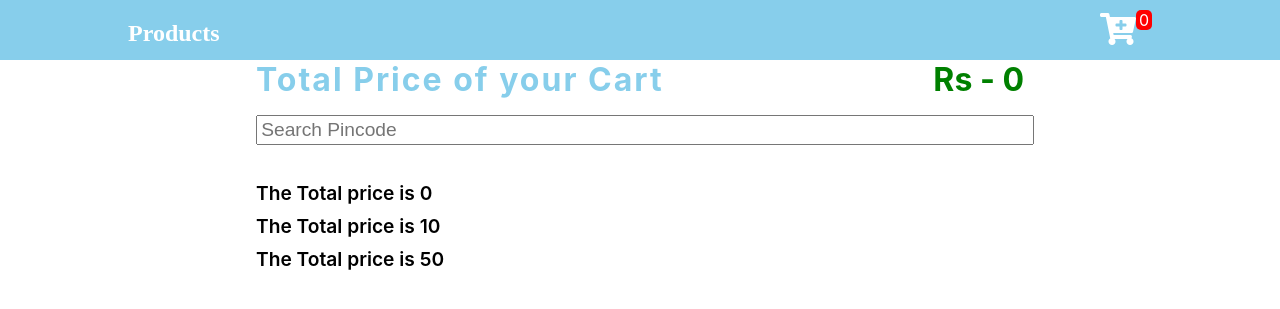
Repository: Imprasna/react-ecommerce
Page: /, after clicking the first element matching `div.cart`
The author's editor kept a copy of each file at every save. The page is drawn from the files as they stood at one save, then again after the next save.
The browser window is 1280 px wide. The pictures show the whole page.
Some web libraries are served in a nearby version. The project was rebuilt for these pictures with package versions that can differ from the ones it lists, and the page was loaded fresh each time.

Above is the page before, as saved 2022-06-14 21:27:04.

### public/index.html
<!DOCTYPE html>
<html lang="en">
  <head>
    <meta charset="utf-8" />
    <link rel="icon" href="%PUBLIC_URL%/favicon.ico" />
    <meta name="viewport" content="width=device-width, initial-scale=1" />
    <meta name="theme-color" content="#000000" />
    <meta
      name="description"
      content="Web site created using create-react-app"
    />
    <link
    rel="stylesheet"
    href="https://pro.fontawesome.com/releases/v5.10.0/css/all.css"
    integrity="sha384-AYmEC3Yw5cVb3ZcuHtOA93w35dYTsvhLPVnYs9eStHfGJvOvKxVfELGroGkvsg+p"
    crossorigin="anonymous"
  />
    <link rel="apple-touch-icon" href="%PUBLIC_URL%/logo192.png" />
    <!--
      manifest.json provides metadata used when your web app is installed on a
      user's mobile device or desktop. See https://developers.google.com/web/fundamentals/web-app-manifest/
    -->
    <link rel="manifest" href="%PUBLIC_URL%/manifest.json" />
    <!--
      Notice the use of %PUBLIC_URL% in the tags above.
      It will be replaced with the URL of the `public` folder during the build.
      Only files inside the `public` folder can be referenced from the HTML.

      Unlike "/favicon.ico" or "favicon.ico", "%PUBLIC_URL%/favicon.ico" will
      work correctly both with client-side routing and a non-root public URL.
      Learn how to configure a non-root public URL by running `npm run build`.
    -->
    <title>React App</title>
  </head>
  <body>
    <noscript>You need to enable JavaScript to run this app.</noscript>
    <div id="root"></div>
    <!--
      This HTML file is a template.
      If you open it directly in the browser, you will see an empty page.

      You can add webfonts, meta tags, or analytics to this file.
      The build step will place the bundled scripts into the <body> tag.

      To begin the development, run `npm start` or `yarn start`.
      To create a production bundle, use `npm run build` or `yarn build`.
    -->
  </body>
</html>

### src/App.js
import React, { useState } from "react";
import ProductList from "./components/ProductsList";
import Navbar from "./components/Navbar";
import Cart from "./components/Cart";

const App = () => {
  const [show, setShow] = useState(true);
  const [cart, setCart] = useState([]);

  const handleClick = (item) => {
    if (cart.indexOf(item) !== -1) return;
    setCart([...cart, item]);

    console.log(item)
    localStorage.setItem("productsInCart", JSON.stringify(item));
    // localStorage.setItem("added data", cart)
  };

  const handleChange = (item, d) => {
    const ind = cart.indexOf(item);
    const arr = cart;
    arr[ind].amount += d;

    if (arr[ind].amount === 0) arr[ind].amount = 1;
    setCart([...arr]);
  };

  // useEffect(() => {
  //   console.log("cart change");
  // }, [cart]);

  return (
    <React.Fragment>
      <Navbar setShow={setShow} size={cart.length} />
      {show ? (
        <ProductList handleClick={handleClick} />
      ) : (
        <Cart cart={cart} setCart={setCart} handleChange={handleChange} />
      )}
    </React.Fragment>
  );
};

export default App;

### src/components/ProductsList.js
import React from "react";
import list from "../products";
import Cards from "../components/Cards";
import "../components/css/ProductList.css";

const ProductsList = ({ handleClick }) => {
  return (
    <section>
      {list.map((item) => (
        <Cards key={item.id} item={item} handleClick={handleClick} />
      ))}
    </section>
  );
};

export default ProductsList;

### src/components/Navbar.js
import React from "react";
import "../components/css/navbar.css";

const Navbar = ({ setShow, size }) => {
  return (
    <nav>
      <div className="nav_box">
        <span className="my_shop" onClick={() => setShow(true)}>
         Products
        </span>
        <div className="cart" onClick={() => setShow(false)}>
          <span>
            <i className="fas fa-cart-plus"></i>
          </span>
          <span>{size}</span>
        </div>
      </div>
    </nav>
  );
};

export default Navbar;

### src/components/Cart.js
import React, { useState, useEffect } from "react";
import "../components/css/cart.css";
import Pincode from '../pincodes.json';

const Cart = ({ cart, setCart, handleChange }) => {
  const [price, setPrice] = useState(0);

  const handleRemove = (id) => {
    const arr = cart.filter((item) => item.id !== id);
    setCart(arr);
    handlePrice();
  };

  const handlePrice = () => {
    let ans = 0;
    cart.map((item) => (ans += item.amount * item.price));
    // console.log(cart.map((item) => (item.amount * item.price)))
    setPrice(ans);
  };

  useEffect(() => {
    handlePrice();
  });

  const [searchTerm, setSearchTerm] = useState('');

  return (
    <article>
      {cart.map((item) => (
        <div className="cart_box" key={item.id}>
          <div className="cart_img">
            <img src={item.image} alt="" />
            <p>{item.name}</p>
          </div>

          <div>
            <button type="button" onClick={() => handleChange(item, 1)}>+</button>
            <button>{item.amount}</button>
            <button type="button" onClick={() => handleChange(item, -1)}>-</button>
          </div>
          <div>
            <span>{item.price}</span>
            <button type="button" onClick={() => handleRemove(item.id)}>Remove</button>
          </div>
        </div>
      ))}
      <div className="total">
        <span>Total Price of your Cart</span>
        <span>Rs - {price}</span>
      </div>

      <input className="searchBox" type="text" placeholder="Search Pincode" onChange={e => setSearchTerm(e.target.value)} />

      <div>
        {Pincode.filter((value) =>
        {
          if (searchTerm === " ") {
            return value;
          } else if (value.code.toString().includes(searchTerm.toString())) {
            var deliveryPrice = value.charge + price;
            console.log(deliveryPrice);
            return value;
          }
        })
          .map((pin) =>
          (

          //
            <p className="finalamount" onClick={() => handlePrice(setPrice(pin.charge))}> The Total price is  {pin.charge + price} </p>

      ))}
          </div>
    </article>
  );
};

export default Cart;

### src/products.js


const data = [


	{    "id":1,
		"name": "Product 1",
		"price": 877,
		"availability": 3,
		"image": "https://picsum.photos/200/300",
		"amount":1
	},
	{
		"id":2,
		"name": "Product 2",
		"price": 500,
		"availability": 1,
		"image": "https://picsum.photos/200/300",
		"amount":1

	},
	{
		"id":3,
		"name": "Product 3",
		"price": 990,
		"availability": 2,
		"image": "https://picsum.photos/200/300",
		"amount":1

	},
	{
		"id":4,
		"name": "Product 4",
		"price": 1500,
		"availability": 0,
		"image": "https://picsum.photos/200/300",
		"amount":1
	}]

	export default data

### src/components/Cards.js
import React from "react";

const Cards = ({ item, handleClick }) => {
  const { name, availability, price, image } = item;
  return (
    <div className="cards">
      <div className="image_box">
        <img src={image} alt="" />
      </div>
      <div className="details">
        <p>{name}</p>
        <p>{availability}</p>
        <p>Price - {price}Rs</p>
        <button type="button" onClick={() => handleClick(item)}>Add to Cart</button>
      </div>
    </div>
  );
};

export default Cards;

### src/components/css/ProductList.css
* {
    margin: 0;
    padding: 0;
  }
  section {
    width: 80%;
    margin: auto;
    margin-top: 5%;
    display: grid;
    grid-template-columns: repeat(3, 1fr);
    grid-template-rows: auto;
  }
  .cards {
    width: 250px;
    padding: 20px;
  }
  .cards:hover {
    box-shadow: 0 10px 10px 10px rbga(0, 0, 0, 0.1);
    cursor: pointer;
  }
  .image_box img {
    width: 150px;
    height: 200px;
  }

  .image_box img {
    width: 150px;
    height: 200px;
  }
  .details p:nth-child(1) {
    font-weight: bold;
  }
  .details p:nth-child(2) {
    color: grey;
    font-size: 0.8rem;
  }
  .details p:nth-child(3) {
    font-weight: bolx;
    color: grey;
  }
  .details button {
    padding: 5px 10px;
    border: none;
    font-weight: bold;
    background-color: skyblue;
    outline: none;
  }

### src/components/css/navbar.css
* {
    margin: 0;
    padding: 0;
  }

  nav {
    width: 100%;
    height: 60px;
    background-color: skyblue;
  }

  .nav_box {
    width: 80%;
    margin: auto;
    display: flex;
    align-items: center;
    justify-content: space-between;
    line-height: 60px;
  }
  .my_shop {
    font-size: 1.5rem;
    font-weight: bold;
    color: white;
    font-family: cursive;
    cursor: pointer;
  }
  .cart {
    cursor: pointer;
  }
  .cart span:nth-child(1) {
    font-size: 2rem;
    color: white;
  }
  .cart span:nth-child(2) {
    padding: 0 3px;
    background-color: red;
    color: white;
    font-weight: bolx;
    border-radius: 5px;
    position: relative;
    top: -15px;
  }

### src/components/css/cart.css
* {
    margin: 0;
    padding: 0;
  }

  article {
    width: 60%;
    margin: auto;
  }

  .cart_box img {
    width: 50px;
    height: 50px;
  }
  .cart_img {
    display: flex;
    width: 400px;
  }

  .cart_img p {
    font-weight: bold;
    margin-left: 10px;
  }

  .cart_box {
    display: flex;
    align-items: center;
    justify-content: space-between;
    margin-top: 20px;
    border-bottom: 2px solid skyblue;
    padding-bottom: 5px;
  }

  .cart_box div:nth-child(2) button {
    padding: 5px 10px;
    font-weight: bold;
    margin-right: 5px;
  }

  .cart_box div:nth-child(3) button {
    padding: 5px 10px;
    font-weight: bold;
    letter-spacing: 2px;
    border: none;
    outline: none;
    color: white;
    background-color: skyblue;
    border-radius: 5px;
    cursor: pointer;
  }
  .cart_box div:nth-child(3) button:hover {
    background-color: darkseagreen;
  }
  .cart_box div:nth-child(3) span {
    background-color: lightgreen;
    padding: 5px 10px;
    border-radius: 5px;
    margin-right: 10px;
  }

  .total {
    display: flex;
    justify-content: space-between;
  }

  .total span:nth-child(1) {
    font-size: 2rem;
    color: skyblue;
    font-weight: bold;
    letter-spacing: 2px;
  }

  .total span:nth-child(2) {
    font-size: 2rem;
    color: green;
    font-weight: bold;
  }

  .finalamount {
    font-size: 1.2rem;
    line-height: 1.7;
    font-weight: 600;
    color: #000;
  }


  .searchBox {
    padding: .2rem;
    height: 20px;
    width: 100%;
    margin-bottom: 2rem;
    margin-top: 1rem;
    font-size: 1.2rem;
  }

### src/pincodes.json
[
	{
		"code": 641001,
		"charge": 0
	},
	{
		"code": 641002,
		"charge": 10
	},
	{
		"code": 641003,
		"charge": 50
	}
]

Loaded but not shown: src/index.js (common file); src/index.css (common file); src/reportWebVitals.js (common file)

After the next save:
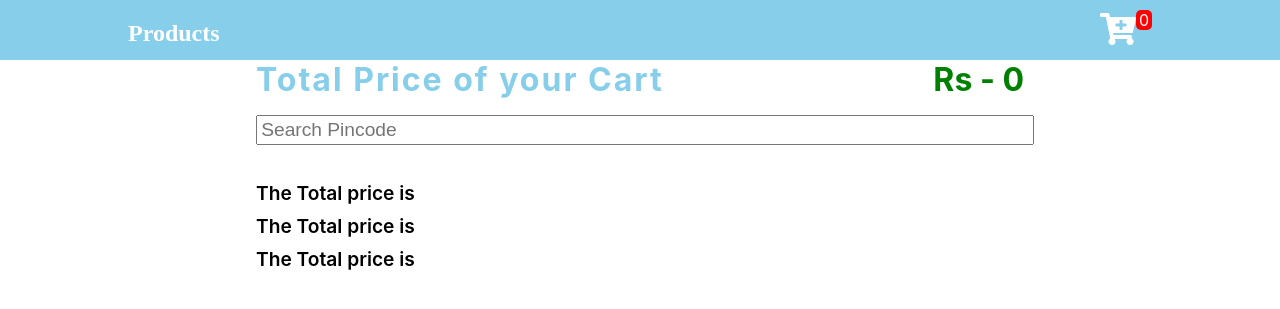
Saved 66 s later.
--- a/src/components/Cart.js
+++ b/src/components/Cart.js
@@ -66,7 +66,7 @@
           (
 
           //
-            <p className="finalamount" onClick={() => handlePrice(setPrice(pin.charge))}> The Total price is  {pin.charge + price} </p>
+            <p className="finalamount" onClick={() => handlePrice(setPrice(pin.charge))}> The Total price is   </p>
 
       ))}
           </div>

After the save that followed:
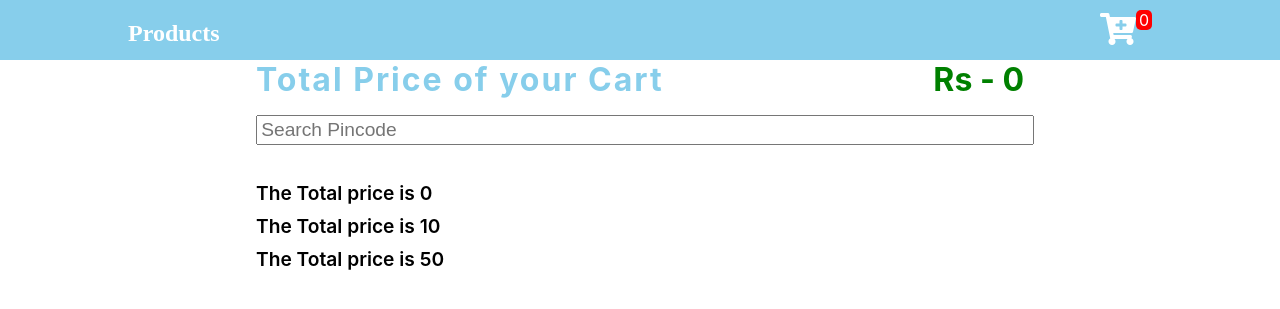
Saved 60 s later.
--- a/src/components/Cart.js
+++ b/src/components/Cart.js
@@ -66,7 +66,7 @@
           (
 
           //
-            <p className="finalamount" onClick={() => handlePrice(setPrice(pin.charge))}> The Total price is   </p>
+            <p className="finalamount" onClick={() => handlePrice(setPrice(pin.charge))}> The Total price is  {pin.charge + price} </p>
 
       ))}
           </div>
